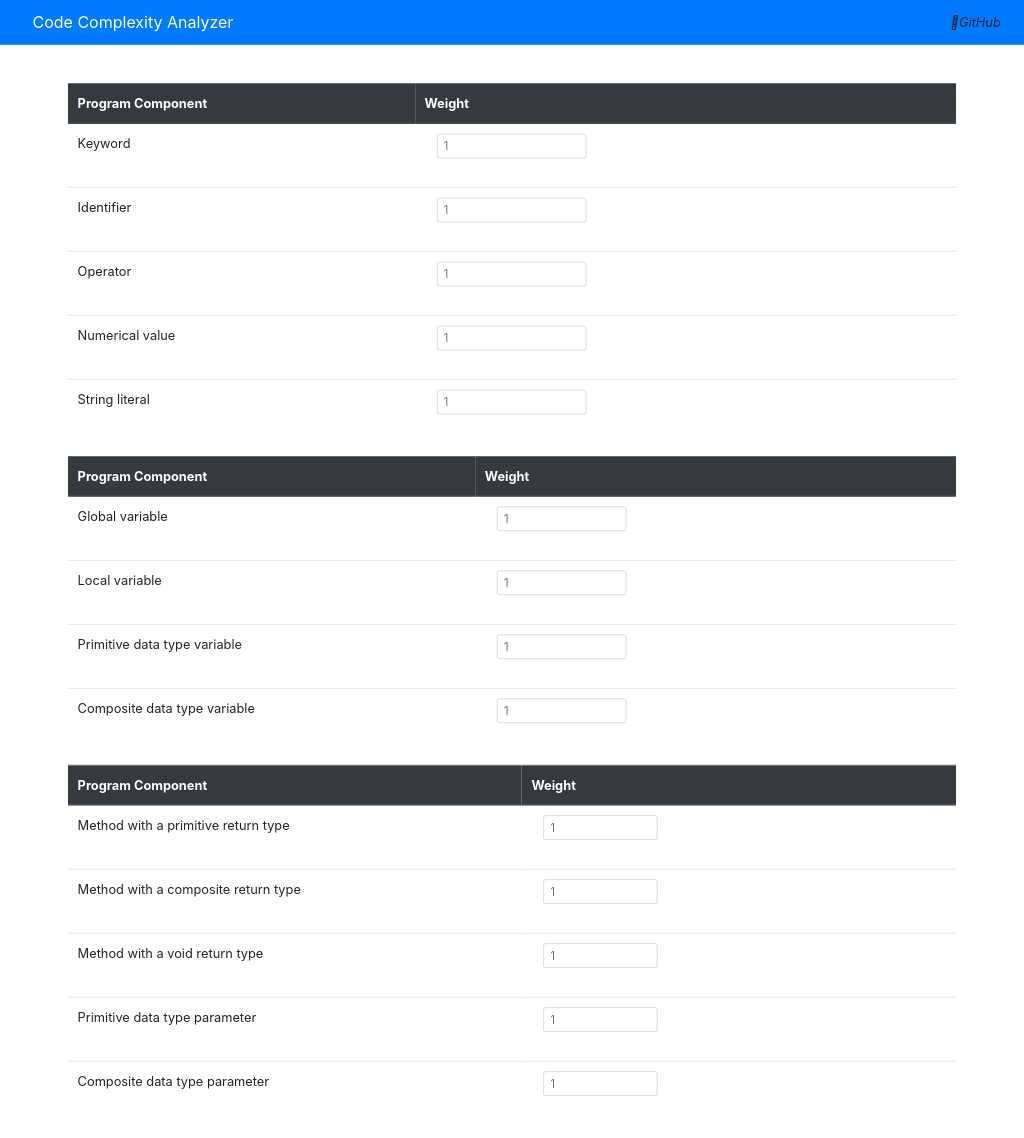
Repository: DinuwanB/Code-Complexity-Analyzer
Page: http://localhost/ITPM/Weight.jsp
An editor plug-in stored every save of this project. The page is shown before and after the next save, followed by the edit.
The browser window is 1280 px wide. The pictures show the whole page, at 80% of full size.
The page is served by Tomcat 9. Other server files are loaded and not shown.

Above is the page before, as saved 2020-05-22 06:34:54.

### ITPM/src/main/webapp/Weight.jsp
<%@ page language="java" contentType="text/html; charset=ISO-8859-1"
    pageEncoding="ISO-8859-1"%>
<!DOCTYPE html>
<html>
<head>
<meta charset="ISO-8859-1">
<title>Weight</title>
<link rel="stylesheet" href="https://maxcdn.bootstrapcdn.com/bootstrap/4.0.0/css/bootstrap.min.css" integrity="sha384-Gn5384xqQ1aoWXA+058RXPxPg6fy4IWvTNh0E263XmFcJlSAwiGgFAW/dAiS6JXm" crossorigin="anonymous">
<link rel="stylesheet"
	href="https://stackpath.bootstrapcdn.com/bootstrap/4.4.1/css/bootstrap.min.css"
	integrity="sha384-Vkoo8x4CGsO3+Hhxv8T/Q5PaXtkKtu6ug5TOeNV6gBiFeWPGFN9MuhOf23Q9Ifjh"
	crossorigin="anonymous">
<link
	href="https://stackpath.bootstrapcdn.com/font-awesome/4.7.0/css/font-awesome.min.css"
	rel="stylesheet"
	integrity="sha384-wvfXpqpZZVQGK6TAh5PVlGOfQNHSoD2xbE+QkPxCAFlNEevoEH3Sl0sibVcOQVnN"
	crossorigin="anonymous">
</head>
<body>
<nav class="navbar navbar-dark bg-primary">
		<div class="container">
			<a class="navbar-brand" href="#">Code Complexity Analyzer</a>


		</div>
		<button class="btn btn" type="submit" id="inputGroupFileAddon04">
			<i class="fab fa-github-square">GitHub</i>
		</button>

	</nav>
	<br>
	<br>
	<form action="upload" method="POST" enctype="multipart/form-data">
			<div class="container">
	<table class="table">
  <thead class="thead-dark">
    <tr>
      <th scope="col">Program Component</th>
      <th scope="col">Weight</th>
    </tr>
  </thead>
  <tbody>
    <tr>
      <td>Keyword</td>
      <td>
      <div class="col-auto col-md-4">
      <label class="sr-only" for="inlineFormInput">Weight</label>
      <input type="text" class="form-control mb-4 form-control-sm" id="Keyword" placeholder="1">
      </div>
    </td>
    </tr>
    <tr>
     <td>Identifier</td>
     <td>
     <div class="col-auto col-md-4">
      <label class="sr-only" for="inlineFormInput">Weight</label>
      <input type="text" class="form-control mb-4 form-control-sm" id="Identifier" placeholder="1">
      </div>
     </td>
    </tr>
  	<tr>
  	 <td>Operator</td>
  	 <td>
     <div class="col-auto col-md-4">
      <label class="sr-only" for="inlineFormInput">Weight</label>
      <input type="text" class="form-control mb-4 form-control-sm" id="Operator" placeholder="1">
      </div>
     </td>
  	</tr>
  	<tr>
  	<td>Numerical value</td>
  	<td>
     <div class="col-auto col-md-4">
      <label class="sr-only" for="inlineFormInput">Weight</label>
      <input type="text" class="form-control mb-4 form-control-sm" id="Numericalvalue" placeholder="1">
      </div>
     </td>
    </tr>
    <tr>
    <td>String literal</td>
    <td>
     <div class="col-auto col-md-4">
      <label class="sr-only" for="inlineFormInput">Weight</label>
      <input type="text" class="form-control mb-4 form-control-sm" id="Stringliteral" placeholder="1">
      </div>
     </td>
    </tr>
  </tbody>
</table>
<table class="table">
  <thead class="thead-dark">
    <tr>
      <th scope="col">Program Component</th>
      <th scope="col">Weight</th>
    </tr>
  </thead>
  <tbody>
    <tr>
      <td>Global variable</td>
      <td>
     <div class="col-auto col-md-4">
      <label class="sr-only" for="inlineFormInput">Weight</label>
      <input type="text" class="form-control mb-4 form-control-sm" id="Globalv" placeholder="1">
      </div>
     </td>
    </tr>
    <tr>
     <td>Local variable</td>
     <td>
     <div class="col-auto col-md-4">
      <label class="sr-only" for="inlineFormInput">Weight</label>
      <input type="text" class="form-control mb-4 form-control-sm" id="Localv" placeholder="1">
      </div>
     </td>
    </tr>
  	<tr>
  	 <td>Primitive data type variable</td>
  	 <td>
     <div class="col-auto col-md-4">
      <label class="sr-only" for="inlineFormInput">Weight</label>
      <input type="text" class="form-control mb-4 form-control-sm" id="Primitive" placeholder="1">
      </div>
     </td>
  	</tr>
  	<tr>
  	<td>Composite data type variable</td>
  	<td>
     <div class="col-auto col-md-4">
      <label class="sr-only" for="inlineFormInput">Weight</label>
      <input type="text" class="form-control mb-4 form-control-sm" id="Composite" placeholder="1">
      </div>
     </td>
    </tr>
  </tbody>
</table>
<table class="table">
  <thead class="thead-dark">
    <tr>
      <th scope="col">Program Component</th>
      <th scope="col">Weight</th>
    </tr>
  </thead>
  <tbody>
    <tr>
      <td>Method with a primitive return type</td>
      <td>
     <div class="col-auto col-md-4">
      <label class="sr-only" for="inlineFormInput">Weight</label>
      <input type="text" class="form-control mb-4 form-control-sm" id="primitivert" placeholder="1">
      </div>
     </td>
    </tr>
    <tr>
     <td>Method with a composite return type</td>
     <td>
     <div class="col-auto col-md-4">
      <label class="sr-only" for="inlineFormInput">Weight</label>
      <input type="text" class="form-control mb-4 form-control-sm" id="compositert" placeholder="1">
      </div>
     </td>
    </tr>
  	<tr>
  	 <td>Method with a void return type</td>
  	 <td>
     <div class="col-auto col-md-4">
      <label class="sr-only" for="inlineFormInput">Weight</label>
      <input type="text" class="form-control mb-4 form-control-sm" id="voidrt" placeholder="1">
      </div>
     </td>
  	</tr>
  	<tr>
  	<td>Primitive data type parameter</td>
  	<td>
     <div class="col-auto col-md-4">
      <label class="sr-only" for="inlineFormInput">Weight</label>
      <input type="text" class="form-control mb-4 form-control-sm" id="pparameter" placeholder="1">
      </div>
     </td>
    </tr>
    <tr>
    <td>Composite data type parameter</td>
    <td>
     <div class="col-auto col-md-4">
      <label class="sr-only" for="inlineFormInput">Weight</label>
      <input type="text" class="form-control mb-4 form-control-sm" id="cparameter" placeholder="1">
      </div>
     </td>
    </tr>
  </tbody>
</table>
</div>
		</form>
</body>
</html>

After the next save:
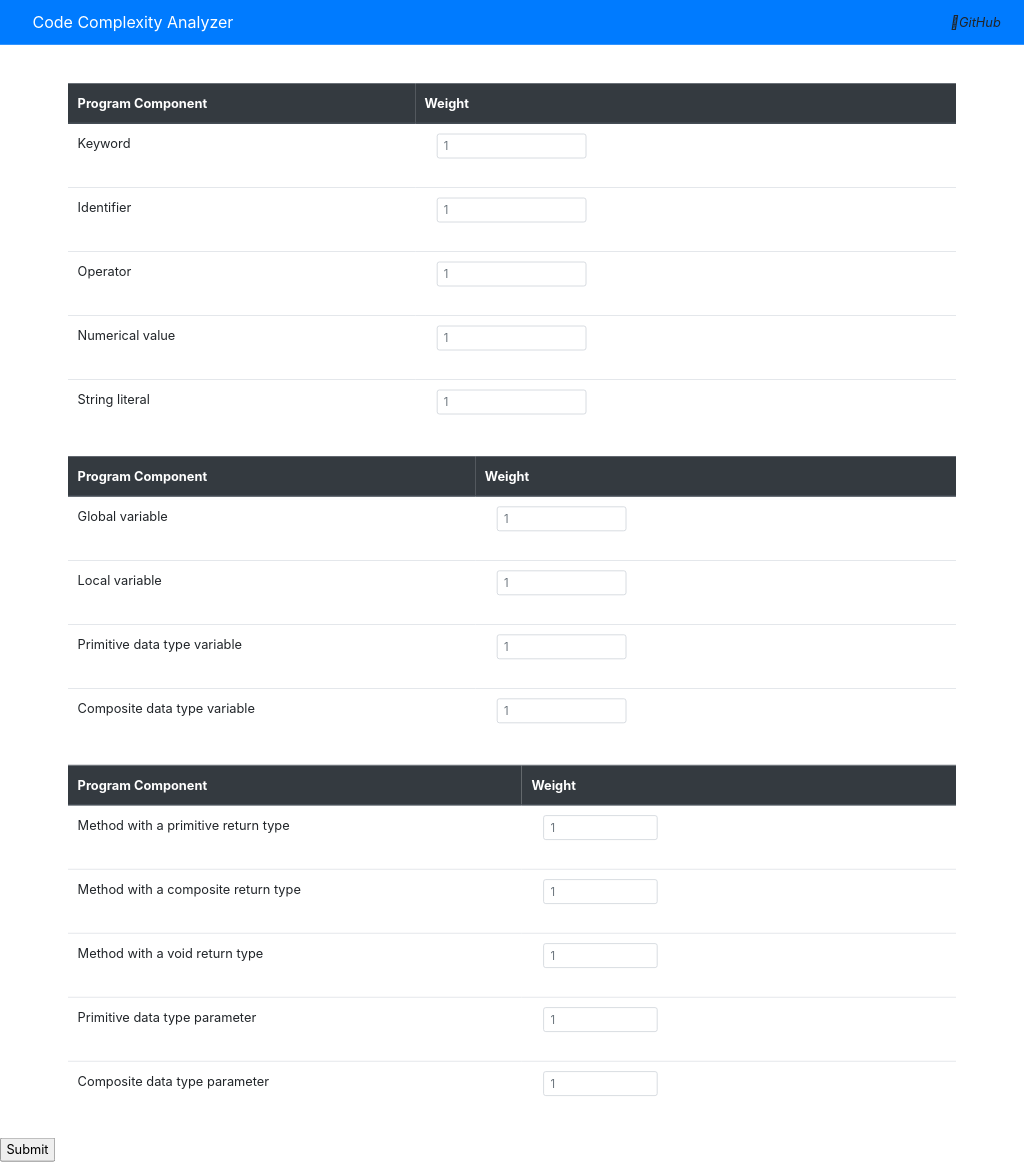
Saved 32 s later.
--- a/ITPM/src/main/webapp/Weight.jsp
+++ b/ITPM/src/main/webapp/Weight.jsp
@@ -189,6 +189,7 @@
   </tbody>
 </table>
 </div>
+<input type="submit" name="btn-sub"/>
 		</form>
 </body>
 </html>
